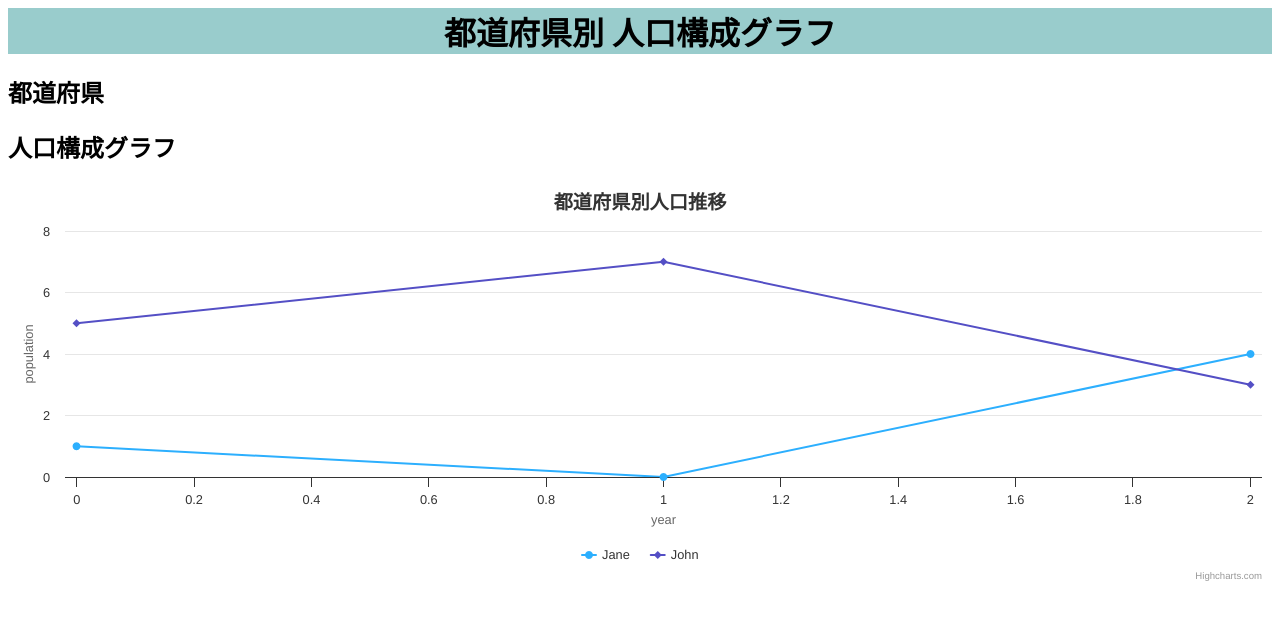
Repository: shisyamoCat/reqriutment-test
Page: /
The author's editor kept a copy of each file at every save. The page is drawn from the files as they stood at one save, then again after the next save.
The browser window is 1280 px wide. The pictures show the whole page.
The page's requests for data from a server got no answer. The project was rebuilt for these pictures with package versions that can differ from the ones it lists, and the page was loaded fresh each time. No one was signed in, and anything a server would have sent is missing. Also part of the build but not shown: src/components/Pref.jsx.

Above is the page before, as saved 2022-07-07 11:57:15.

After the next save:
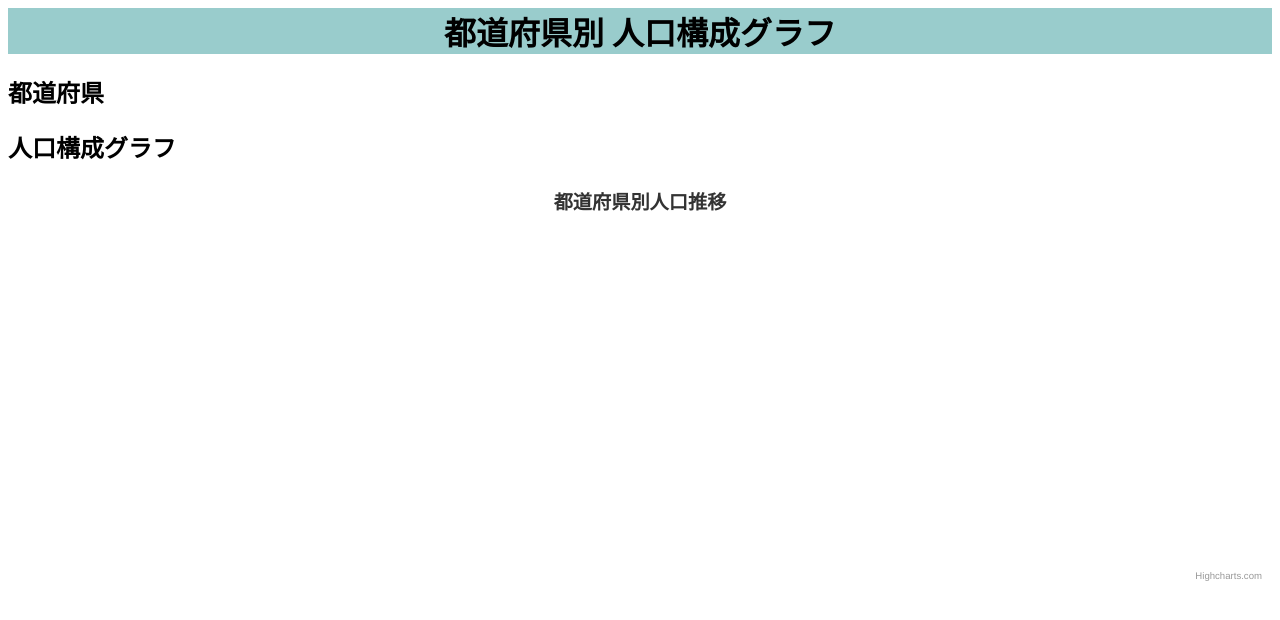
Saved 6 s later.
--- a/src/App.js
+++ b/src/App.js
@@ -86,13 +86,6 @@
                     text: 'population'
                 }
             },
-            series: [{
-                name: 'Jane',
-                data: [1, 0, 4]
-            }, {
-                name: 'John',
-                data: [5, 7, 3]
-            }]
         }
 
         return (

After the save that followed:
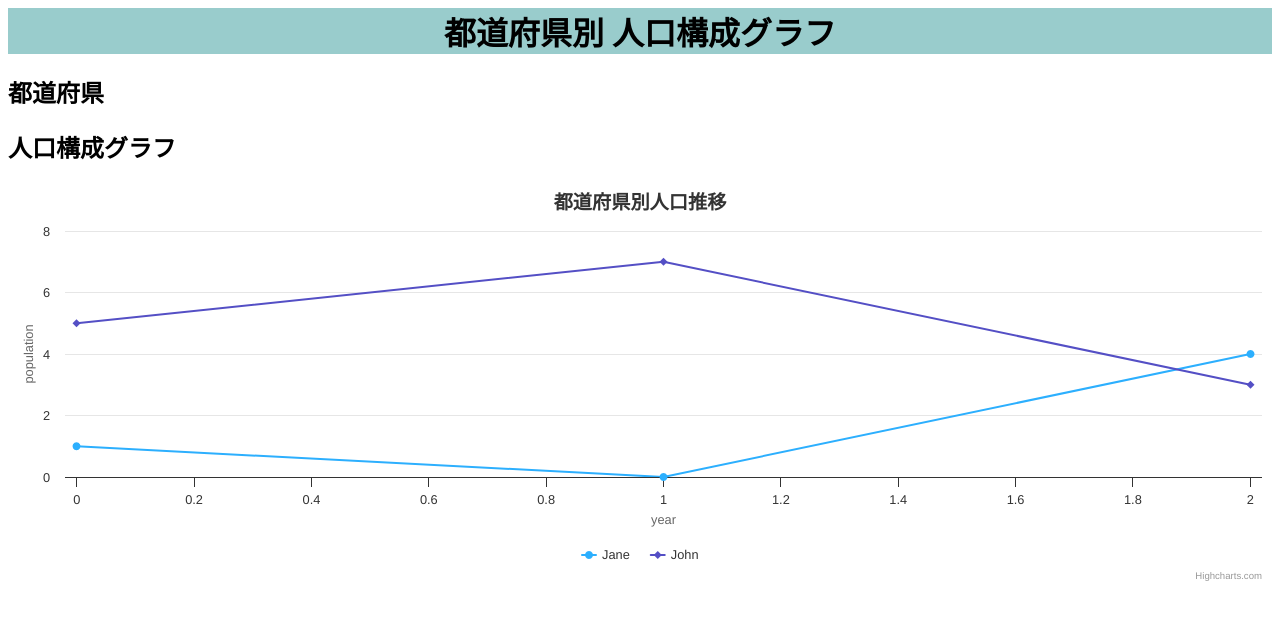
Saved 5 s later.
--- a/src/App.js
+++ b/src/App.js
@@ -86,6 +86,13 @@
                     text: 'population'
                 }
             },
+            series: [{
+                name: 'Jane',
+                data: [1, 0, 4]
+            }, {
+                name: 'John',
+                data: [5, 7, 3]
+            }]
         }
 
         return (
